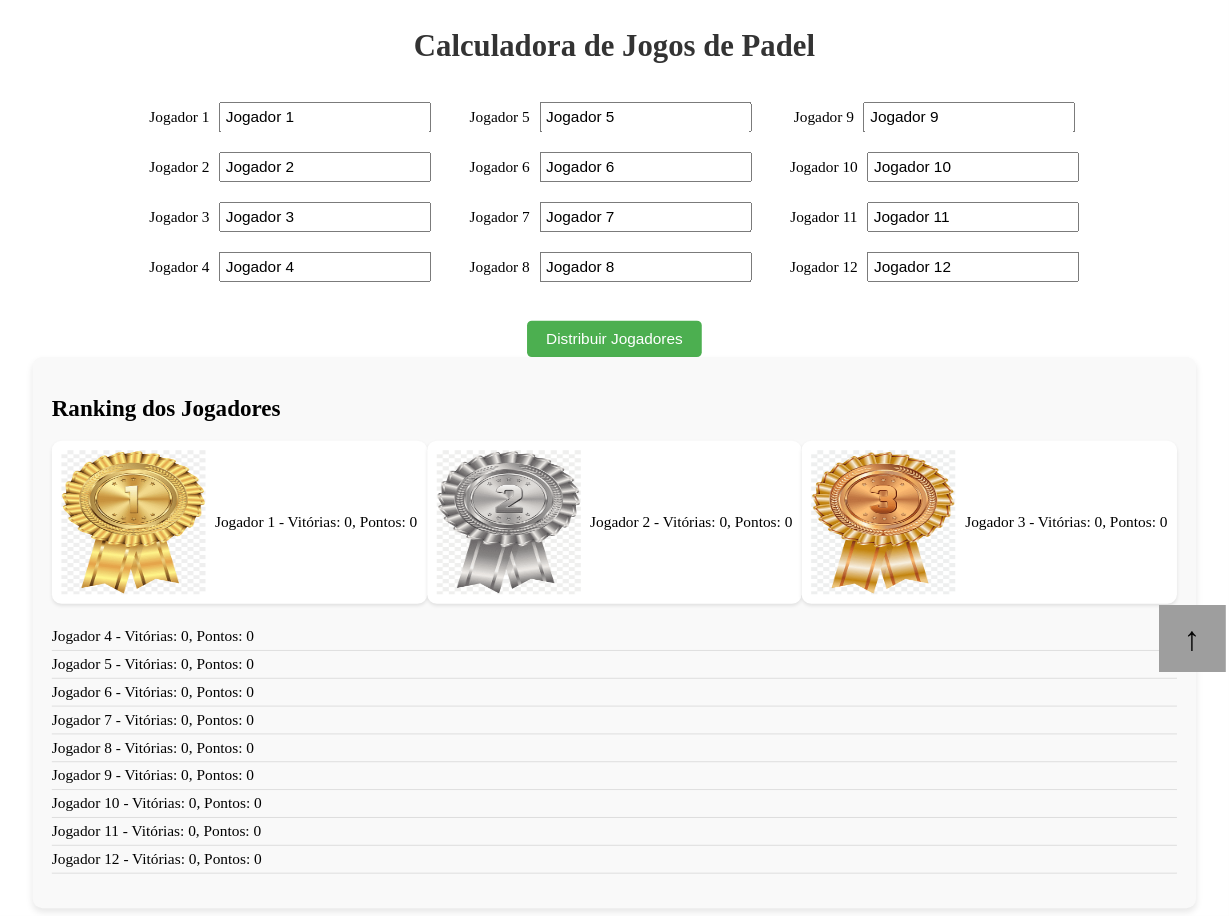
Repository: MarcioMiguel22/PadelMaster
Page: /calculadora
These files come from the project's save history. The page is drawn as it stood at one moment and after the next save; the edit follows.
The browser window is 1280 px wide. The pictures show the whole page, at 96% of full size.
Pictures or frames that could not be fetched are drawn as grey boxes. The project was rebuilt for these pictures with package versions that can differ from the ones it lists, and the page was loaded fresh each time. Also part of the build but not shown: vite.config.ts, src/pages/Home/Home.tsx, src/components/components_calculadora/Campo.tsx, src/components/components_calculadora/Jogo.tsx, src/index.css.

Above is the page before, as saved 2024-06-14 15:20:02.

### src/main.tsx
///home/marciomiguel/code/MarcioMiguel22/Sites/PadelMaster/src/main.tsx
import { render } from 'react-dom';
import { StrictMode } from 'react';
import App from './App';
import './index.css';

const root = document.getElementById('root')!;
render(
  <StrictMode>
    <App />
  </StrictMode>,
  root
);

### src/App.tsx

///home/marciomiguel/code/MarcioMiguel22/Sites/PadelMaster/src/App.tsx

import { BrowserRouter, Routes, Route } from 'react-router-dom';
import Home from './pages/Home/Home';
import Calculadora from './pages/Calculadora/Calculadora';

function App() {
  return (
    <BrowserRouter>
      <Routes>
        <Route path="/" element={<Home />} />
        <Route path="/calculadora" element={<Calculadora />} /> // Wrap Calculadora component with curly braces
      </Routes>
    </BrowserRouter>
  );
}

export default App

### src/pages/Calculadora/Calculadora.tsx
import React, { useState } from 'react';
import './Calculadora.css';
import JogadoresLista from '../../components/components_calculadora/JogadoresLista';
import Jogo from '../../components/components_calculadora/Jogo';
import Ranking from '../../components/components_calculadora/Ranking';
import { Jogador, Time, Campo as CampoType } from '../../utils/types/types'; // Importando os tipos
import { iniciarProximoJogo } from '../../components/components_calculadora/logic/gameLogic'; // Importando a função
import ScrollToTopButton from '../../components/components_calculadora/ScrollToTopButton'; // Importando o novo componente

const jogadoresIniciais: Jogador[] = Array.from({ length: 12 }, (_, i) => ({
  id: i + 1,
  nome: `Jogador ${i + 1}`,
  vitorias: 0,
  pontos: 0,
}));

const embaralharArray = <T,>(array: T[]): T[] => {
  const copiaArray = [...array];
  for (let i = copiaArray.length - 1; i > 0; i--) {
    const j = Math.floor(Math.random() * (i + 1));
    [copiaArray[i], copiaArray[j]] = [copiaArray[j], copiaArray[i]];
  }
  return copiaArray;
};

const criarTimes = (jogadores: Jogador[]): Time[] => {
  const jogadoresEmbaralhados = embaralharArray(jogadores);
  const times: Time[] = [];
  for (let i = 0; i < jogadoresEmbaralhados.length; i += 2) {
    times.push({ jogadores: jogadoresEmbaralhados.slice(i, i + 2), resultado: 0 });
  }
  return times;
};

const criarCampos = (times: Time[]): CampoType[] => [
  { id: 1, times: times.slice(0, 2) },
  { id: 2, times: times.slice(2, 4) },
  { id: 3, times: times.slice(4, 6) },
];

const CalculadoraApp: React.FC = () => {
  const [jogadores, setJogadores] = useState<Jogador[]>(jogadoresIniciais);
  const [jogos, setJogos] = useState<CampoType[][]>([]);

  const handleNomeChange = (id: number, novoNome: string) => {
    setJogadores(jogadores.map(jogador =>
      jogador.id === id ? { ...jogador, nome: novoNome } : jogador
    ));
  };

  const handleResultadoChange = (jogoIndex: number, campoId: number, timeIndex: number, novoResultado: number) => {
    setJogos(jogos.map((jogo, idx) =>
      idx === jogoIndex
        ? jogo.map(campo =>
            campo.id === campoId
              ? {
                  ...campo,
                  times: campo.times.map((time, index) =>
                    index === timeIndex ? { ...time, resultado: novoResultado } : time
                  ),
                }
              : campo
          )
        : jogo
    ));
  };

  const handleNomeEdit = (jogoIndex: number, campoId: number, timeIndex: number, jogadorIndex: number, novoNome: string) => {
    setJogos(jogos.map((jogo, idx) =>
      idx === jogoIndex
        ? jogo.map(campo =>
            campo.id === campoId
              ? {
                  ...campo,
                  times: campo.times.map((time, tIdx) =>
                    tIdx === timeIndex
                      ? {
                          ...time,
                          jogadores: time.jogadores.map((jogador, jIdx) =>
                            jIdx === jogadorIndex ? { ...jogador, nome: novoNome } : jogador
                          ),
                        }
                      : time
                  ),
                }
              : campo
          )
        : jogo
    ));
  };

  const distribuirJogadores = () => {
    const times = criarTimes(jogadores);
    const novosCampos = criarCampos(times);
    setJogos([novosCampos]);
  };

  const getTeamClass = (campo: CampoType, timeIndex: number): string => {
    if (campo.times.length < 2) return '';
    const resultadoAtual = campo.times[timeIndex].resultado;
    const resultadoOponente = campo.times[1 - timeIndex]?.resultado;
    if (resultadoAtual > resultadoOponente) return 'team vencedor';
    if (resultadoAtual < resultadoOponente) return 'team perdedor';
    return 'team';
  };

  const jogadoresClassificados = [...jogadores].sort((a, b) => {
    if (b.vitorias === a.vitorias) {
      return b.pontos - a.pontos;
    }
    return b.vitorias - a.vitorias;
  });

  return (
    <div className="calculadora-container">
      <h1>Calculadora de Jogos de Padel</h1>
      <div className="main-content">
        <JogadoresLista jogadores={jogadores} handleNomeChange={handleNomeChange} />
        <div className="fields-container">
          <button onClick={distribuirJogadores} className="distribute-button">Distribuir Jogadores</button>
          {jogos.map((jogo, jogoIndex) => (
            <Jogo
              key={jogoIndex}
              jogo={jogo}
              jogoIndex={jogoIndex}
              handleResultadoChange={handleResultadoChange}
              handleNomeEdit={handleNomeEdit}
              getTeamClass={getTeamClass}
            />
          ))}
        </div>
        {jogos.length > 0 && jogos.length < 5 && (
          <button onClick={() => iniciarProximoJogo(jogos, setJogos)} className="distribute-button">Jogo {jogos.length + 1}</button>
        )}
        <ScrollToTopButton />
        <Ranking jogadoresClassificados={jogadoresClassificados} />
      </div>
    </div>
  );
};

export default CalculadoraApp;

### src/pages/Home/Home.module.css
.padel-container {
  text-align: center;
  background-color: white;
  padding: 20px;
  border-radius: 10px;
  box-shadow: 0 0 10px rgba(0, 0, 0, 0.1);
}

h1 {
  color: #333;
  margin-bottom: 20px;
}

.padel-image {
  max-width: 50%;
  height: auto;
  border-radius: 10px;
  margin-bottom: 20px;
}

.enter-button {
  background-image: url('../../assets/images/tennis-ball.png'); /* Ensure the path is correct */
  background-size: cover;
  background-position: center;
  background-repeat: no-repeat;
  width: 60px;
  height: 60px;
  border: none;
  border-radius: 50%;
  cursor: pointer;
  padding: 0;
}

.enter-button:hover {
  transform: scale(1.1);
}

### src/pages/Calculadora/Calculadora.css
.calculadora-container {
  /* padding: 20px;
  text-align: center; */
  display: flex;
  flex-direction: column;
  align-items: center;
  gap: 20px;
}

.main-content {
  display: flex;
  flex-direction: column;
  align-items: center;*/
  gap: 20px;
}

.jogadores-lista {
  display: flex;
  flex-direction: row;
  justify-content: center;
  gap: 40px;
  /* margin-bottom: 20px; */

}
.conta{}
.jogadores-coluna {
  display: flex;
  flex-direction: column;
  align-items: center;
  gap: 10px;
}

.jogador-item {
  display: flex;
  align-items: center;
  margin-bottom: 10px;
}

.jogador-item label {
  margin-right: 10px;
}

.jogador-item input {
  padding: 5px;
  font-size: 16px;
}

.jogador-input {
  margin-right: 5px;
  padding: 5px;
  font-size: 16px;
  border: 1px solid #ccc;
  border-radius: 5px;
}

.distribute-button, .scroll-to-top {
  background-color: #4CAF50;
  color: white;
  padding: 10px 20px;
  border: none;
  border-radius: 5px;
  cursor: pointer;
  font-size: 16px;
  margin-top: 10px;
}

.distribute-button:hover, .scroll-to-top:hover {
  background-color: #45a049;
}

.fields-container {
  display: flex;
  flex-direction: column;
  align-items: center;
  margin-top: 20px;
}

.jogo {
  margin-bottom: 40px;
}

.campos {
  display: flex;
  justify-content: space-around;
}

.field {
  background: linear-gradient(to right, #c3e8ad, #a8d5ba);
  padding: 20px;
  border-radius: 10px;
  box-shadow: 0 0 10px rgba(0, 0, 0, 0.1);
  width: 30%;
}

.field h2 {
  margin-top: 0;
}

.team {

  list-style-type: none;
  padding: 5px;
  background-color: #fff;
  margin: 5px 0;
  border-radius: 5px;
  box-shadow: 0 0 5px rgba(0, 0, 0, 0.1);
  width:fit-content; /* Ajuste o valor conforme necessário */
}


.team.vencedor {
  background-color: #d4edda; /* Verde claro */
}

.team.perdedor {
  background-color: #f8d7da; /* Vermelho claro */
}

.team div {
  display: flex;
  align-items: center;
}

.team input.resultado-input {
  margin-left: 10px;
  width: 45px;
  padding: 5px;
  font-size: 16px;
}

.ranking-container {
  margin-top: 40px;
}

.ranking-container h2 {
  margin-bottom: 10px;
}

.ranking-container ul {
  list-style-type: none;
  padding: 0;
}

.ranking-container li {
  margin: 5px 0;
}

### src/components/components_calculadora/JogadoresLista.tsx
import React from 'react';
import JogadorItem from './JogadorItem';
import { Jogador } from '../../utils/types/types'; // Importando o tipo Jogador

interface JogadoresListaProps {
  jogadores: Jogador[];
  handleNomeChange: (id: number, novoNome: string) => void;
}

const JogadoresLista: React.FC<JogadoresListaProps> = ({ jogadores, handleNomeChange }) => (
  <div className="jogadores-lista">
    {Array.from({ length: 3 }, (_, i) => (
      <div className="jogadores-coluna" key={i}>
        {jogadores.slice(i * 4, (i + 1) * 4).map(jogador => (
          <JogadorItem
            key={jogador.id}
            jogador={jogador}
            handleNomeChange={handleNomeChange}
          />
        ))}
      </div>
    ))}
  </div>
);

export default JogadoresLista;

### src/components/components_calculadora/Ranking.tsx
import React from 'react';
import ouro from '../../assets/images/ouro.png';
import prata from '../../assets/images/prata.png';
import bronze from '../../assets/images/bronze.png';
import styles from './Ranking.module.css';

interface Jogador {
  id: number;
  nome: string;
  vitorias: number;
  pontos: number;
}

interface RankingProps {
  jogadoresClassificados: Jogador[];
}

const Ranking: React.FC<RankingProps> = ({ jogadoresClassificados }) => {
  const top3 = jogadoresClassificados.slice(0, 3);
  const outrosJogadores = jogadoresClassificados.slice(3);

  const medalhas = [ouro, prata, bronze];

  return (
    <div className={styles.rankingContainer}>
      <h2>Ranking dos Jogadores</h2>
      <div className={styles.top3Container}>
        {top3.map((jogador, index) => (
          <div key={jogador.id} className={styles.top3Item}>
            <img src={medalhas[index]} alt={`Medalha de ${index + 1}`} className={styles.medalha} />
            {jogador.nome} - Vitórias: {jogador.vitorias}, Pontos: {jogador.pontos}
          </div>
        ))}
      </div>
      <ul className={styles.outrosJogadores}>
        {outrosJogadores.map((jogador) => (
          <li key={jogador.id}>
            {jogador.nome} - Vitórias: {jogador.vitorias}, Pontos: {jogador.pontos}
          </li>
        ))}
      </ul>
    </div>
  );
};

export default Ranking;

### src/components/components_calculadora/logic/gameLogic.ts
import { Jogador, Campo as CampoType } from '../../../utils/types/types';

export const separarDuplas = (jogadores: Jogador[]): Jogador[] => {
  const separados: Jogador[] = [];
  while (jogadores.length) {
    const [jogador1, jogador2] = jogadores.splice(0, 2);
    separados.push(jogador1);
    if (jogador2) separados.push(jogador2);
  }
  return separados;
};

export const iniciarProximoJogo = (jogos: CampoType[][], setJogos: React.Dispatch<React.SetStateAction<CampoType[][]>>) => {
  const ultimoJogo = jogos[jogos.length - 1];
  const novosCampos: CampoType[] = [
    { id: 1, times: [] },
    { id: 2, times: [] },
    { id: 3, times: [] },
  ];

  const campo1 = ultimoJogo.find(campo => campo.id === 1);
  const campo2 = ultimoJogo.find(campo => campo.id === 2);
  const campo3 = ultimoJogo.find(campo => campo.id === 3);

  if (campo1 && campo2 && campo3) {
    const [time1Campo1, time2Campo1] = campo1.times;
    const [time1Campo2, time2Campo2] = campo2.times;
    const [time1Campo3, time2Campo3] = campo3.times;

    // Vencedores e perdedores dos campos
    const vencedoresCampo1 = time1Campo1.resultado > time2Campo1.resultado ? time1Campo1.jogadores : time2Campo1.jogadores;
    const perdedoresCampo1 = time1Campo1.resultado > time2Campo1.resultado ? time2Campo1.jogadores : time1Campo1.jogadores;

    const vencedoresCampo2 = time1Campo2.resultado > time2Campo2.resultado ? time1Campo2.jogadores : time2Campo2.jogadores;
    const perdedoresCampo2 = time1Campo2.resultado > time2Campo2.resultado ? time2Campo2.jogadores : time1Campo2.jogadores;

    const vencedoresCampo3 = time1Campo3.resultado > time2Campo3.resultado ? time1Campo3.jogadores : time2Campo3.jogadores;
    const perdedoresCampo3 = time1Campo3.resultado > time2Campo3.resultado ? time2Campo3.jogadores : time1Campo3.jogadores;

    // Atualizar pontuação dos jogadores
    const margemVitoriaCampo1 = Math.abs(time1Campo1.resultado - time2Campo1.resultado);
    const margemVitoriaCampo2 = Math.abs(time1Campo2.resultado - time2Campo2.resultado);
    const margemVitoriaCampo3 = Math.abs(time1Campo3.resultado - time2Campo3.resultado);

    vencedoresCampo1.forEach(jogador => {
      jogador.vitorias += 1;
      jogador.pontos += margemVitoriaCampo1;
    });

    vencedoresCampo2.forEach(jogador => {
      jogador.vitorias += 1;
      jogador.pontos += margemVitoriaCampo2;
    });

    vencedoresCampo3.forEach(jogador => {
      jogador.vitorias += 1;
      jogador.pontos += margemVitoriaCampo3;
    });

    // Campo 1: vencedores do campo 1 e vencedores do campo 2
    novosCampos[0].times.push(
      { jogadores: [vencedoresCampo1[0], vencedoresCampo2[0]], resultado: 0 },
      { jogadores: [vencedoresCampo1[1], vencedoresCampo2[1]], resultado: 0 }
    );

    // Campo 2: perdedores do campo 1 e vencedores do campo 3
    novosCampos[1].times.push(
      { jogadores: [perdedoresCampo1[0], vencedoresCampo3[0]], resultado: 0 },
      { jogadores: [perdedoresCampo1[1], vencedoresCampo3[1]], resultado: 0 }
    );

    // Campo 3: perdedores do campo 2 e perdedores do campo 3
    novosCampos[2].times.push(
      { jogadores: [perdedoresCampo2[0], perdedoresCampo3[0]], resultado: 0 },
      { jogadores: [perdedoresCampo2[1], perdedoresCampo3[1]], resultado: 0 }
    );
  }

  setJogos([...jogos, novosCampos]);
};

### src/components/components_calculadora/ScrollToTopButton.tsx
import React from 'react';
import tennisBall from '../../assets/images/tennis-ball.png';
import styles from './ScrollToTopButton.module.css'; // Importando o arquivo CSS Module

const ScrollToTopButton: React.FC = () => {
  const scrollToTop = () => {
    window.scrollTo({ top: 0, behavior: 'smooth' });
  };

  return (
    <button onClick={scrollToTop} className={styles.scrollToTop}>
      <img src={tennisBall} alt="Tennis Ball" className={styles.tennisBall} />
      <span className={styles.arrowUp}>↑</span>
    </button>
  );
};

export default ScrollToTopButton;

### src/components/components_calculadora/JogadorItem.tsx
import React from 'react';
import { Jogador } from '../../utils/types/types'; // Importando o tipo Jogador

interface JogadorItemProps {
  jogador: Jogador;
  handleNomeChange: (id: number, novoNome: string) => void;
}

const JogadorItem: React.FC<JogadorItemProps> = ({ jogador, handleNomeChange }) => (
  <div className="jogador-item">
    <label>{`Jogador ${jogador.id}`}</label>
    <input
      type="text"
      value={jogador.nome}
      onChange={(e) => handleNomeChange(jogador.id, e.target.value)}
    />
  </div>
);

export default JogadorItem;

### src/components/components_calculadora/Ranking.module.css
.rankingContainer {
  padding: 20px;
  background-color: #f9f9f9;
  border-radius: 10px;
  box-shadow: 0 4px 8px rgba(0, 0, 0, 0.1);
}

.top3Container {
  display: flex;
  justify-content: space-around;
  margin-bottom: 20px;
}

.top3Item {
  display: flex;
  align-items: center;
  padding: 10px;
  background-color: #ffffff;
  border-radius: 10px;
  box-shadow: 0 2px 4px rgba(0, 0, 0, 0.1);
}

.medalha {
  width: 150px;
  height: 150px;
  margin-right: 10px;
  transition: transform 0.3s ease-in-out;
}

.medalha:hover {
  transform: scale(1.2);
  animation: pulse 1s infinite;
}

@keyframes pulse {
  0% {
    transform: scale(1.2);
  }
  50% {
    transform: scale(1.25);
  }
  100% {
    transform: scale(1.2);
  }
}

.outrosJogadores {
  list-style-type: none;
  padding: 0;
}

.outrosJogadores li {
  padding: 5px 0;
  border-bottom: 1px solid #ddd;
}

### src/components/components_calculadora/ScrollToTopButton.module.css
.scrollToTop {
  position: fixed;
  bottom: 20px;
  left: 97%;
  transform: translateX(-50%);
  width: 70px;
  height: 70px;
  border: none;
  background: none;
  cursor: pointer;
  display: flex;
  align-items: center;
  justify-content: center;
}

.tennisBall {
  width: 100%;
  height: 100%;
  position: absolute;
}

.arrowUp {
  position: absolute;
  font-size: 35px;
  color: rgb(5, 5, 5);
  font-weight: bold;
  z-index: 1;
}

Loaded but not shown: index.html (common file)

After the next save:
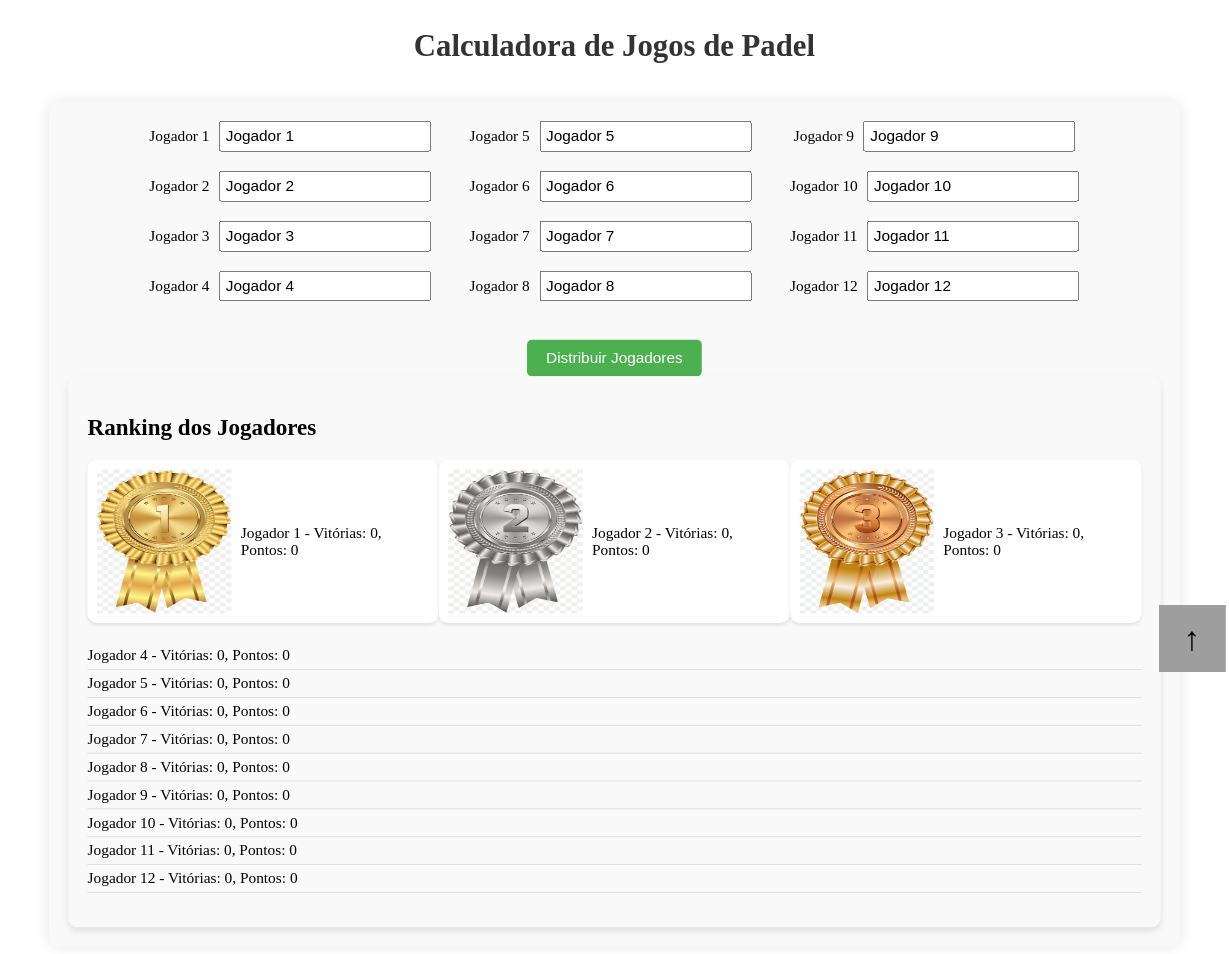
Saved 59 s later.
--- a/src/pages/Calculadora/Calculadora.css
+++ b/src/pages/Calculadora/Calculadora.css
@@ -12,6 +12,13 @@
   flex-direction: column;
   align-items: center;*/
   gap: 20px;
+  width: 90%;
+  max-width: 1200px;
+  margin: 0 auto;
+  padding: 20px;
+  background: #f9f9f9;
+  border-radius: 10px;
+  box-shadow: 0 0 15px rgba(0, 0, 0, 0.1);
 }
 
 .jogadores-lista {
